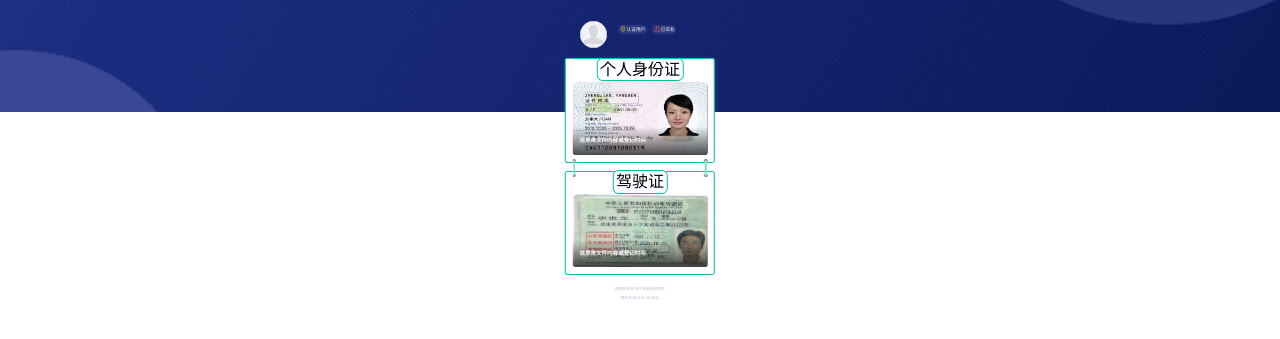
Repository: zlpstart/qingdao-new
Page: /License
These files come from the project's save history. The page is drawn as it stood at one moment and after the next save; the edit follows.
The browser window is 1280 px wide. The pictures show the whole page.
The page's requests for data from a server got no answer. Some web fonts or font styles are not loaded; a fallback is used. The project was rebuilt for these pictures with package versions that can differ from the ones it lists, and the page was loaded fresh each time. No one was signed in, and anything a server would have sent is missing. Also part of the build but not shown: src/components/MySpace.vue, src/components/Home.vue, src/components/Enterprise.vue, src/components/Opinion.vue, src/components/Opinion2.vue, src/components/Record.vue, src/components/Car.vue, src/components/House.vue and 5 more.

Above is the page before, as saved 2019-08-27 10:55:03.

### public/index.html
<!DOCTYPE html>
<html lang="en">
  <head>
    <meta charset="utf-8">
    <meta http-equiv="X-UA-Compatible" content="IE=edge">
    <meta name="viewport" content="width=device-width,initial-scale=1.0">
    <link rel="icon" href="<%= BASE_URL %>favicon.ico">
    <title></title>
  </head>
  <body>
    <noscript>
      <strong>We're sorry but zlp doesn't work properly without JavaScript enabled. Please enable it to continue.</strong>
    </noscript>
    <div id="app"></div>
    <!-- built files will be auto injected -->
  </body>
</html>

### src/main.js
import Vue from 'vue'
import './plugins/axios'
import App from './App.vue'
import 'lib-flexible'
import router from './router'
import axios from 'axios'


//vuex
import vuex from 'vuex'
Vue.use(vuex)



import 'babel-polyfill'
import Es6Promise from 'es6-promise'
import store from './store'
require('es6-promise').polyfill()
Es6Promise.polyfill()

Vue.config.productionTip = false
Vue.prototype.$ajax = axios


// import VueWechatTitle from 'vue-wechat-title'
// Vue.use(VueWechatTitle)


// 根据路由设置标题
router.beforeEach((to, from, next) => {
  /*路由发生改变修改页面的title */
  if(to.meta.title) {
    document.title = to.meta.title
  }
  next();
})


new Vue({
  router,
  store,
  render: h => h(App)
}).$mount('#app')

### src/App.vue
<template>
  <div id="app">
    <router-view></router-view>
  </div>
</template>

<script>
export default {
  data(){
    return {

    }
  },
}
</script>


<style>
* {
  padding: 0;
  margin:0;
}
  @font-face {
    font-family:'avenir';
    src:url('./assets/NotoSansHans-Medium.otf')
  }
  h1,h2,h3,h4,h5,h6,span,b,i,li,p {
    font-family: avenir
  }
</style>

### src/router.js
import Vue from 'vue'
import Router from 'vue-router'
import MySpace from './components/MySpace'
import Home from './components/Home'
import Enterprise from './components/Enterprise'
import Opinion from './components/Opinion'
import Opinion2 from './components/Opinion2'
import Record from './components/Record'
import Car from './components/Car'
import House from './components/House'
import License from './components/License'
import License2 from './components/License2'
import Footprint from './components/Footprint'
import Record2 from './components/Record2'
import Footprint2 from './components/Footprint2'
import NotFound from './components/NotFound'


Vue.use(Router)

export default new Router({
  mode: 'history',
  routes: [
    {
      path: '/',
      name: 'MySpace',
      component:MySpace,
      meta:{title:'青岛政务通'}
    },
    {
      path: '/Home',
      name: 'Home',
      component:Home,
      meta:{title:'导航栏'}
    },
    {
      path: '/Opinion',
      name: 'Opinion',
      component:Opinion,
      meta:{title:'意见反馈'}
    },
    {
      path: '/Enterprise',
      name: 'Enterprise',
      component:Enterprise,
      meta:{title:'企业空间'}
    },
    {
      path: '/Opinion2',
      name: 'Opinion2',
      component:Opinion2,
      meta:{title:'企业意见反馈'}
    },
    {
      path: '/Record',
      name: 'Record',
      component:Record,
      meta:{title:'我的档案'}
    },
    {
      path: '/Car',
      name: 'Car',
      component:Car,
      meta:{title:'车辆登记信息'}
    },
    {
      path: '/House',
      name: 'House',
      component:House,
      meta:{title:'房屋登记信息'}
    },
    {
      path: '/License',
      name: 'License',
      component:License,
      meta:{title:'我的证照'}
    },
    {
      path: '/Footprint',
      name: 'Footprint',
      component:Footprint,
      meta:{title:'我的足迹'}
    },
    {
      path: '/Record2',
      name: 'Record2',
      component:Record2,
      meta:{title:'企业档案'}
    },
    {
      path: '/Footprint2',
      name: 'Footprint2',
      component:Footprint2,
      meta:{title:'企业足迹'}
    },
    {
      path: '/License2',
      name: 'License2',
      component:License2,
      meta:{title:'企业证照'}
    },
    { /* 404必须是最后一个路由 */
      name: '404',
      path: '*',
      meta: {
          title: '找不到页面'
      },
      component: NotFound
  }
  ]
})

### src/store/index.js
import Vue from 'vue'
import Vuex from 'vuex'
import user from './modules/user'

Vue.use(Vuex)

export default new Vuex.Store({
    modules:{
        user
    }
})

### src/components/License.vue
<template>
    <div>
        <div class="License">
            <TopBar></TopBar>
            <div class="header">
                <div class="header_wrap">
                    <div class="header_left">
                        <img :src="allUser.imgAddr">
                    </div>
                    <div class="header_right">
                        <div class="header_right_p">
                            <p>{{allUser.realName}}</p>
                        </div>
                        <div class="header_right_span">
                            <span>
                                <img src="../assets/认证.png" alt="">
                                认证用户
                            </span>
                            <span>
                                <img src="../assets/实名.png" alt="">
                                已实名
                            </span>
                        </div>
                    </div>
                </div>
            </div>
            <div class="content_box">
                <div class="content_minbox">
                    <div class="title">
                        <span>个人身份证</span>
                    </div>
                    <div class="content_img">
                        <img src="../assets/身份证.png" alt="">
                        <div class="content_text">
                            <p>这里是文件内容或登记时间</p>
                        </div>
                    </div>
                </div>
                <div class="content_minbox">
                    <div class="xian">
                        <div class="xian_left">
                            <img src="../assets/连接.png" alt="">
                        </div>
                        <div class="xian_right">
                            <img src="../assets/连接.png" alt="">
                        </div>
                    </div>
                    <div class="title">
                        <span>驾驶证</span>
                    </div>
                    <div class="content_img">
                        <img src="../assets/驾驶证.png" alt="">
                        <div class="content_text">
                            <p>这里是文件内容或登记时间</p>
                        </div>
                    </div>
                </div>
                <div class="bottom">
                    <span></span>
                    <p>数据由青岛市行政审批局提供</p>
                    <span></span>
                    <p>服务热线 0531-8619444</p>
                </div>
            </div>
        </div>


    </div>

</template>

<script>
import TopBar from './TopBar'
import {mapGetters,mapActions} from 'vuex'

export default {
    name:"License",
    data(){
        return {

        }
    },
    components:{
        TopBar
    },
    methods:{
        to(){
            this.$router.go(0)
        },
        ...mapActions(["getUsers"]),
    },
    created(){
        this.getUsers()
    },
    computed:{
        ...mapGetters(["allUser","show"]),
    },
}
</script>

<style scoped>
* {
    padding: 0;
    margin: 0;
}
ul {
    list-style: none;
}
a {
    text-decoration: none;
}
body {
    background: #F7FAFF;
}
.content_box {
    position: absolute;
    left: 50%;
    transform: translate(-50%);
    top: 3.6267rem;
}
.logo {
    width: 100%;
    height: 0.3733rem;
    position: absolute;
    top: 1.0133rem;
}
.logo_left p {
    float: left;
}
.logo_left p:nth-child(1){
    margin-left: 0.3867rem;
}
.logo_left p:nth-child(2){
    margin-left: 0.32rem;
}
.logo_left img {
    width: 0.4rem;
    height: 0.4rem;
}
.logo a {
    color: white;
}
.logo_title {
    width: 4.6333rem;
    margin: 0 auto;
    text-align: center;
}
.logo_title p {
    font-size:0.4rem;
    font-weight:500;
    color:rgba(255,255,255,1);
}
.header {
    width: 100%;
    height: 1.7067rem;
    position: absolute;
    top: 1.32rem;
}
.header_wrap {
    width: 7.48rem;
    margin: 0 auto;
    padding: 0 0.72rem;
}
.header_left {
    width:1.7067rem;
    height:1.7067rem;
    float: left;
    border-radius: 1.7067rem;
    overflow: hidden;
}
.header_left img {
    width:1.7067rem;
    height:1.7067rem;
    background: url("../assets/timg.jpg")no-repeat center center;
    background-size: 100%;
    overflow: hidden;
}
.header_right {
    width: 2.9rem;
    height:1.3333rem;
    float: left;
    margin-left: 0.64rem;
}
.header_right_p p {
    font-size:0.4267rem;
    font-weight:500;
    color:rgba(255,255,255,1);
}
.header_right_span img {
    width: 0.2933rem;
    height: 0.3333rem;
    margin-left: 0.0933rem;
}
.header_right_span {
    width: 5.2667rem;
    margin-top: 0.2267rem;
    height: 0.5867rem;
}
.header_right_span span {
    padding: 0.0933rem 0.0933rem 0.0933rem 0.0933rem;
    border-radius:0.32rem;
    background:rgba(255,255,255,0.1);
    float: left;
    margin-left: 0.32rem;
    font-size:0.2933rem;
    font-weight:500;
    color:rgba(255,255,255,1);
}
.header_right_span span:nth-child(1){
    margin-left: 0;
}
.content_minbox {
    width:9.28rem;
    height:6.4267rem;
    background:rgba(255,255,255,1);
    box-shadow:0.0533rem 0.0533rem 0.2667rem 0rem rgba(173,206,255,0.2);
    border-radius:0.1333rem;
    border:0.0133rem solid rgba(0,194,150,1);
    margin: 0 auto;
    text-align: center;
    position: relative;
}
.content_text {
    width:8.4267rem;
    height:1.7333rem;
    background:linear-gradient(180deg,rgba(0,0,0,0) 0%,rgba(0,0,0,0.68) 100%);
    border-radius:0rem 0rem 0.1333rem 0.1333rem;
    z-index: 1;
    position: absolute;
    line-height: 1.7333rem;
    text-align: left;
    bottom: 0;
}
.content_text p {
    font-size:0.3467rem;
    font-family:PingFangSC-Semibold;
    font-weight:600;
    color:rgba(255,255,255,1);
    margin-left: 0.4267rem;
}
.title {
    width: 100%;
    height: 1.4267rem;
    line-height: 1.4267rem;
}
.title span {
    position: 0.0933rem;
    background:rgba(250,252,255,1);
    border-radius:0.36rem;
    border:0.0267rem solid rgba(0,194,150,1);
    padding: 0.1533rem;
}
.content_img {
    width:8.4267rem;
    height:4.56rem;
    margin: 0 auto;
    position: relative;
}
.content_img img {
    width: 100%;
    height: 100%;
}
.content_img p {
    font-size:0.3467rem;
    font-weight:600;
    color:rgba(255,255,255,1);
}
.content_minbox:nth-child(2){
    margin-top: 0.48rem;
}
.xian {
    width: 100%;
    height: 1.12rem;
    position: absolute;
    top: -0.8rem;
}
.xian img {
    width: 100%;
    height: 100%;
}
.xian_left {
    width: 0.24rem;
    height: 1.12rem;
    float: left;
    margin-left: 0.4133rem;
}
.xian_right {
    width: 0.24rem;
    height: 1.12rem;
    float: right;
    margin-right: 0.4133rem;
}
  .bottom {
    width: 100%;
    height: 1.3333rem;
    margin-top: 0.6267rem;
    line-height: 0.5667rem;
    text-align: center;
}
.bottom p {
    font-size:0.24rem;
    font-weight:400;
    color:#BABFD4;
}
</style>

### src/store/modules/user.js
import axios from 'axios'

const state ={
    user:[],
    code:"",
    boy:require("../../assets/boy.png"),
    gril:require("../../assets/gril.png"),
    corporation:require("../../assets/corporation.png"),
    show:true
}

const getters = {
    allUser: state => state.user,
    userImg: state => state.img,
    boy: state => state.boy,
    gril: state => state.gril,
    show:state => state.show
}

const mutations = {
    // 更改user信息方法
    setUsers:(state,users) => (state.user = users),
    //获取用户code
    getCode:(state) => {
        let URL = window.location.href  // 获取到当前url
        var b = ""      //准备获取code
        if(URL.indexOf("=")>-1){ //判断url里最后一个=的位置 是否大于0
            b = URL.substring(URL.indexOf("=")+1,URL.length-16)  // 如果大于0 则截取URL的=后字符串
            window.localStorage.setItem("code",b)   //将URL的code 存入localStorage
        }
        state.code = window.localStorage.getItem("code")      //获取到localStorage 里的的code 并存入code变量
    },
}

const actions = {
     async getUsers({commit,state}){
        await commit("getCode")
        axios.get("http://120.55.60.206:18082/api/getUserInfo?code="+state.code) //请求接口
        .then(res => {
            console.log("成功请求",res)
            res.data.category = 0
            if(res.data.category == 13){
                state.show = true
                console.log(state.show)
                window.open("/")
                axios.get("http://120.55.60.206:18082/api/getNormalUserDetailInfo?code="+state.code)
                .then(i => {
                    console.log(i.data)
                    if(i.data.imgAddr == ""){       //判断用户是否上传头像
                        if(i.data.gender == 0){     //判断用户是否是男人
                            i.data.imgAddr = state.boy    //把接口数据的空值 改成本地男生图片路径
                            console.log(i.data.imgAddr)
                        }else{                      //判断用户是否是女人
                            i.data.imgAddr = state.gril   //把接口数据的空值 改成本地女生图片路径
                            console.log(i.data.imgAddr)
                        }
                    }
                    commit("setUsers",i.data)
                })
                .catch(j => console.log(j))
            }else {
                state.show = false
                console.log(state.show)
                window.open("/Enterprise")
                axios.get("http://120.55.60.206:18082/api/getNormalUserDetailInfo?code="+state.code)
                .then(a => {
                    console.log(a.data)
                    if(a.data.imgAddr == ""){
                        a.data.imgAddr = state.corporation
                    }
                    commit("setUsers",a.data)
                })
                .catch(b => console.log(b))
            }
            commit("setUsers",res.data)
        })
    }
}

export default {
    state,
    getters,
    mutations,
    actions
}

### src/components/TopBar.vue
<template>
    <div class="TopBar">

    </div>
</template>

<script>
export default {
    name:"TopBar",
    data(){
        return {

        }
    },
    methods:{

    },
}
</script>

<style scoped>
* {
    padding: 0;
    margin: 0;
}
ul {
    list-style: none;
}
a {
    text-decoration: none;
}
body {
    background: #F7FAFF;
}
.TopBar {
    width: 100%;
    height: 7.0267rem;
    background: url("../assets/topbackground.png")no-repeat center center;
    background-size:100%;
}

</style>

Loaded but not shown: src/plugins/axios.js (common file)

After the next save:
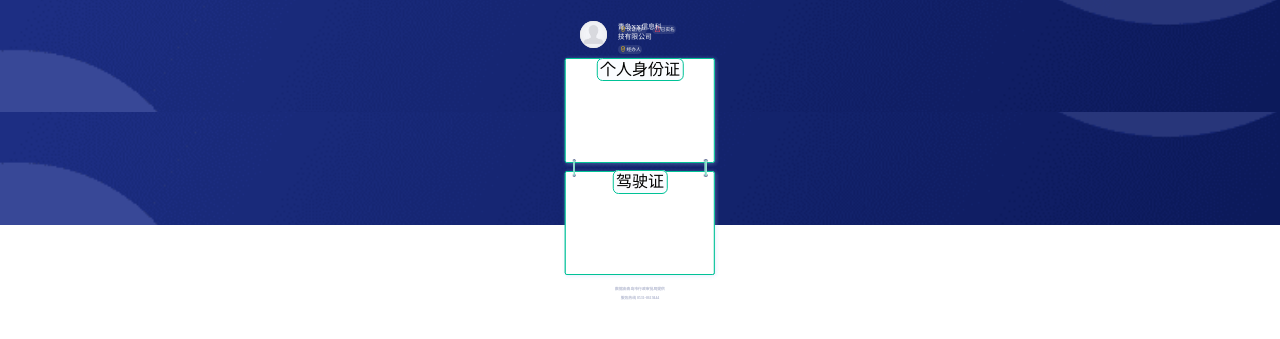
Saved 12 s later.
--- a/src/components/License.vue
+++ b/src/components/License.vue
@@ -64,7 +64,59 @@
             </div>
         </div>
 
-
+            <div class="License2">
+        <TopBar></TopBar>
+        <div class="header">
+            <div class="header_wrap">
+                <div class="header_left">
+                    <img src="../assets/timg.jpg" alt="">
+                </div>
+                <div class="header_right">
+                    <div class="header_right_p">
+                        <p>青岛XX信息科技有限公司</p>
+                    </div>
+                    <div class="header_right_span">
+                        <span>
+                            <img src="../assets/认证.png" alt="">
+                            经办人
+                        </span>
+                    </div>
+                </div>
+            </div>
+        </div>
+        <div class="content_box">
+            <div class="content_minbox">
+                <div class="title">
+                    <span>个人身份证</span>
+                </div>
+                <div class="content_img">
+                    <p>这里是文件内容或登记时间</p>
+                </div>
+            </div>
+            <div class="content_minbox">
+                <div class="xian">
+                    <div class="xian_left">
+                        <img src="../assets/连接.png" alt="">
+                    </div>
+                    <div class="xian_right">
+                        <img src="../assets/连接.png" alt="">
+                    </div>
+                </div>
+                <div class="title">
+                    <span>驾驶证</span>
+                </div>
+                <div class="content_img">
+                    <p>这里是文件内容或登记时间</p>
+                </div>
+            </div>
+            <div class="bottom">
+                <span></span>
+                <p>数据由青岛市行政审批局提供</p>
+                <span></span>
+                <p>服务热线 0531-8619444</p>
+            </div>
+        </div>
+    </div>
     </div>
 
 </template>
